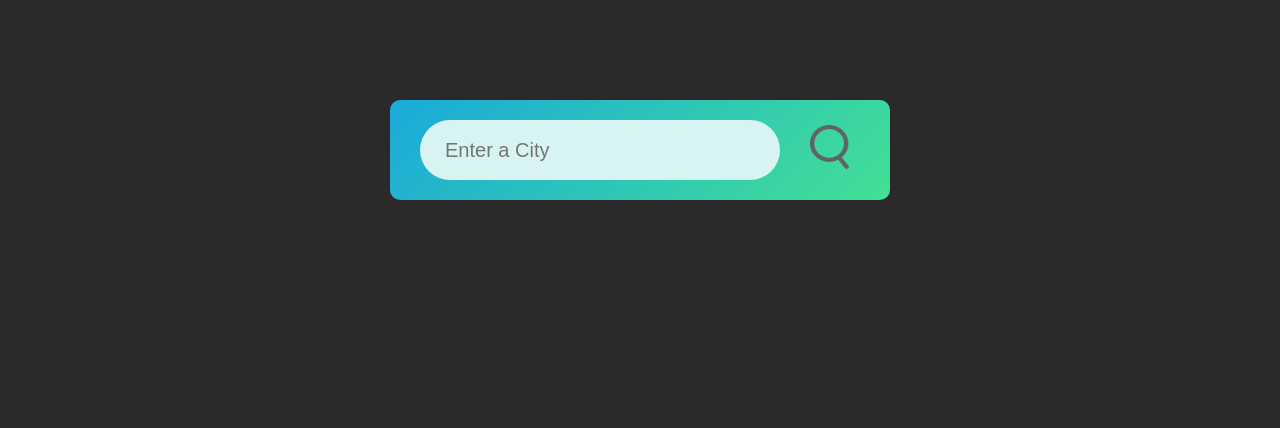
Repository: Haakim19/weatherApp
Page: index.html
The author's editor kept a copy of each file at every save. The page is drawn from the files as they stood at one save, then again after the next save.
The browser window is 1280 px wide. The pictures show the whole page.

Above is the page before, as saved 2024-11-16 21:10:35.

After the next save:
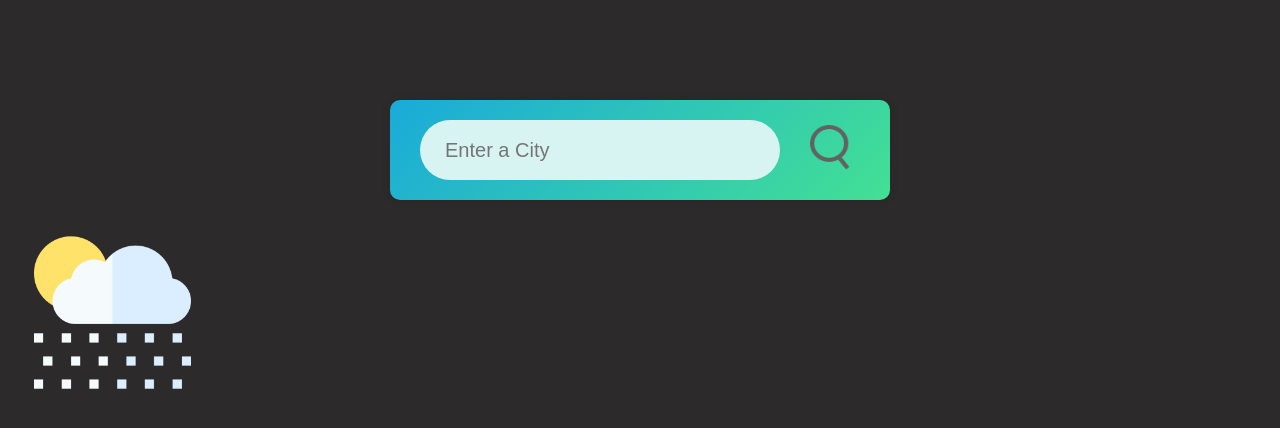
Saved 55 s later.
--- a/index.html
+++ b/index.html
@@ -13,5 +13,8 @@
             <button><img src="images/search.png"></button>
         </div>
     </div>
+    <div class="weather">
+        <img src="images/rain.png" class="weather">
+    </div>
 </body>
 </html>
